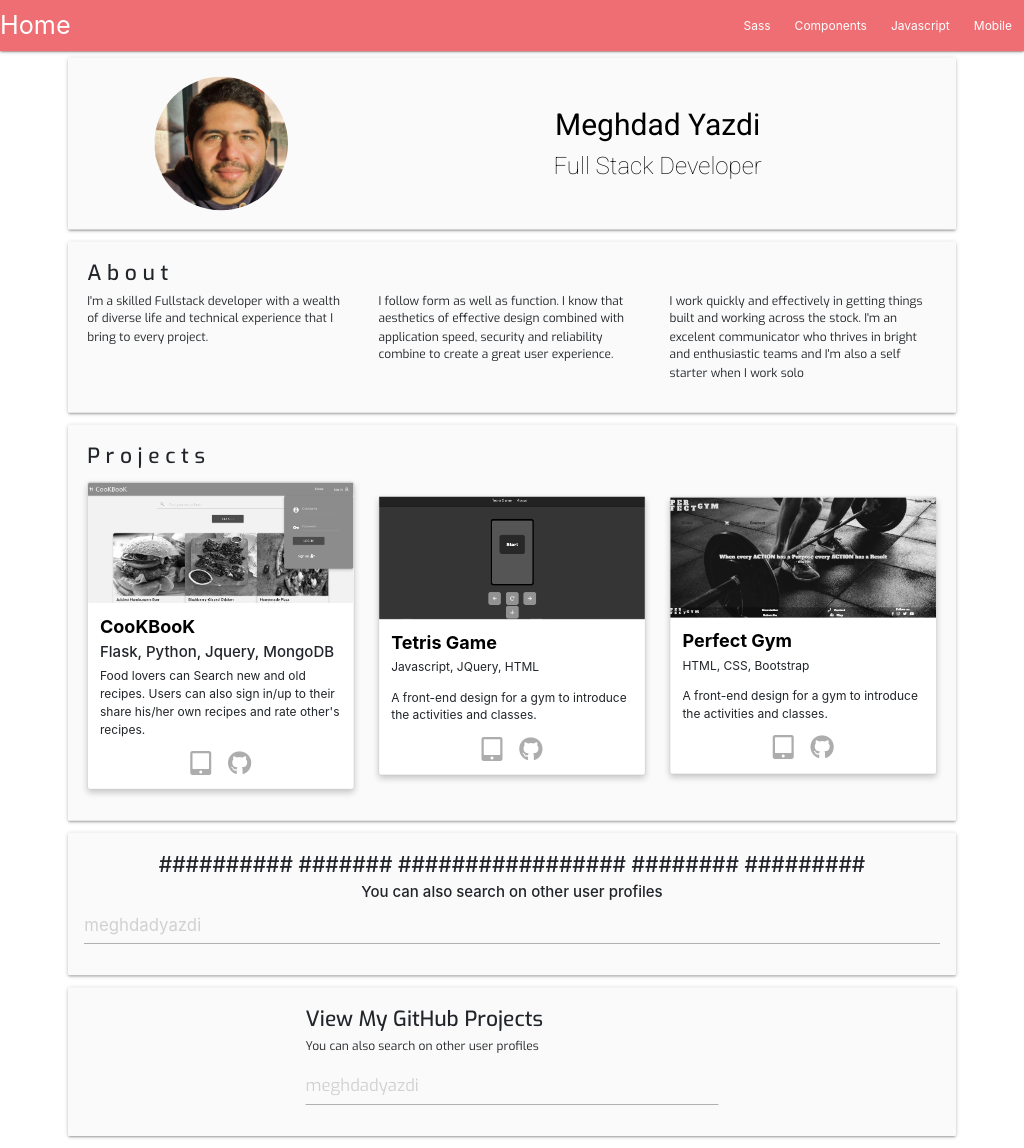
Repository: meghdadyazdi/SD_Res
Page: index.html
The author's editor kept a record of every edit. The page is drawn from the files as they stood at one moment, then again after the next edit.
The browser window is 1280 px wide. The pictures show the whole page, at 80% of full size.
Some web libraries are served in a nearby version.

Above is the page before.
Console error: ReferenceError: $ is not defined

After the next edit:
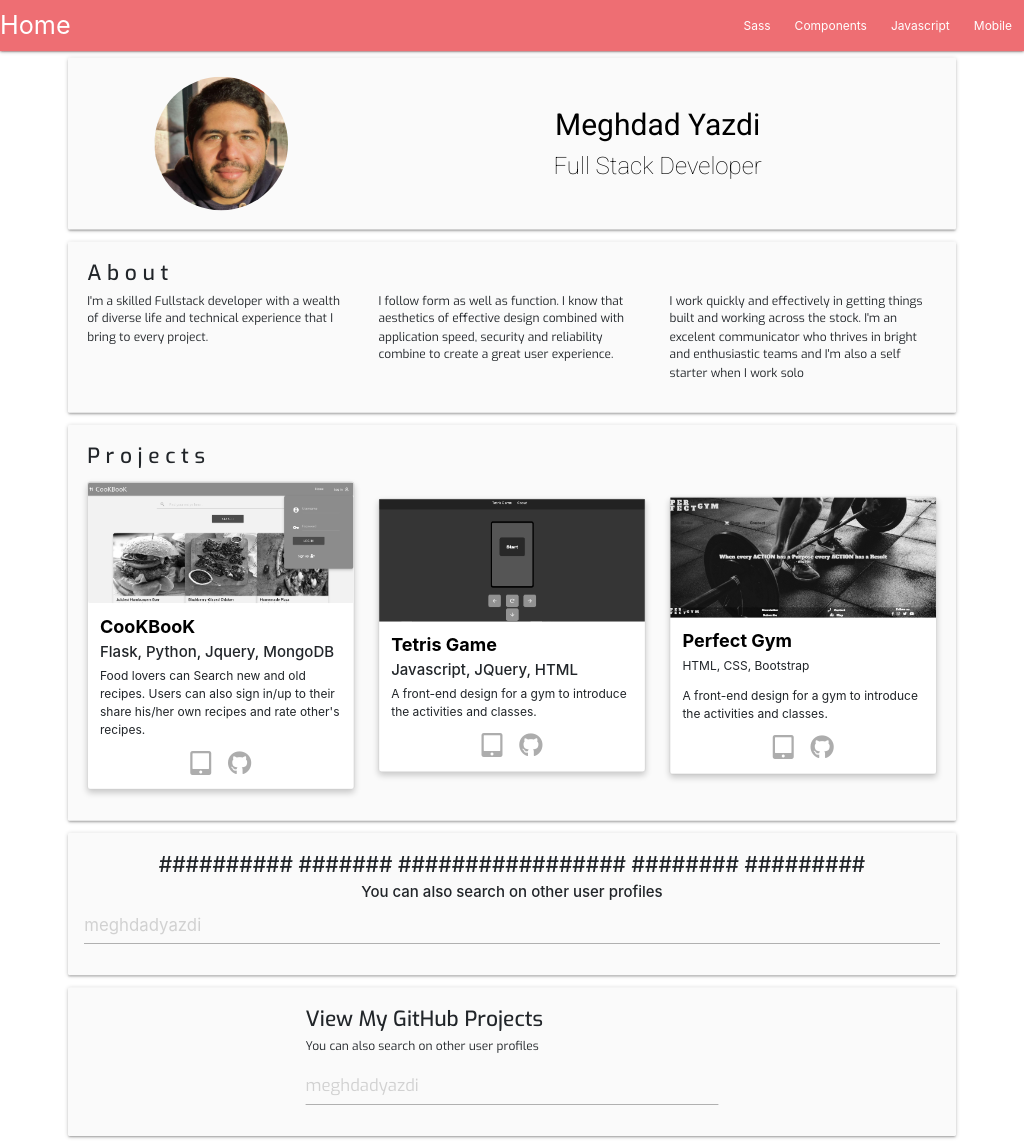
The edit:
--- a/index.html
+++ b/index.html
@@ -125,7 +125,7 @@
         <img id="img-tetris"src="assets/images/Tetris.png" alt="Tetris Game" class="work-img" style="width:100%">
         <div class="container">
           <h4><b>Tetris Game</b></h4>
-          <p>Javascript, JQuery, HTML</p>
+          <h5>Javascript, JQuery, HTML</h5>
           <p>A front-end design for a gym to introduce the activities and classes.</p>
           <p class="par"><a href="https://meghdadyazdi.github.io/IFD-Milestone/" target="_blank"><i class="fas fa-tablet-alt"></i></a>
           &nbsp&nbsp&nbsp&nbsp<a href="https://github.com/meghdadyazdi/IFD-Milestone" target="_blank"><i class="fab fa-github"></i></a></p>
